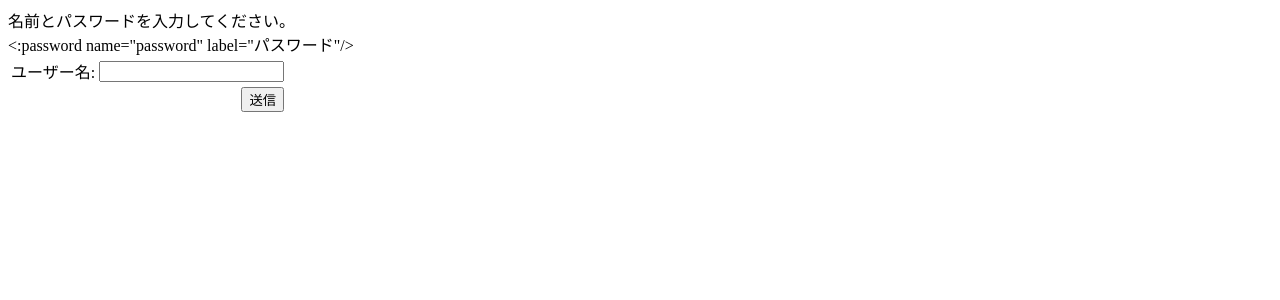
Repository: NoriakiYasumura/test01
Page: http://localhost/WebProj5/WelcomeAction.action
These files come from the project's save history. The page is drawn as it stood at one moment and after the next save; the edit follows.
The browser window is 1280 px wide. The pictures show the whole page.
The page is served by Tomcat 9.

Above is the page before, as saved 2019-04-02 07:33:09.

After the next save:
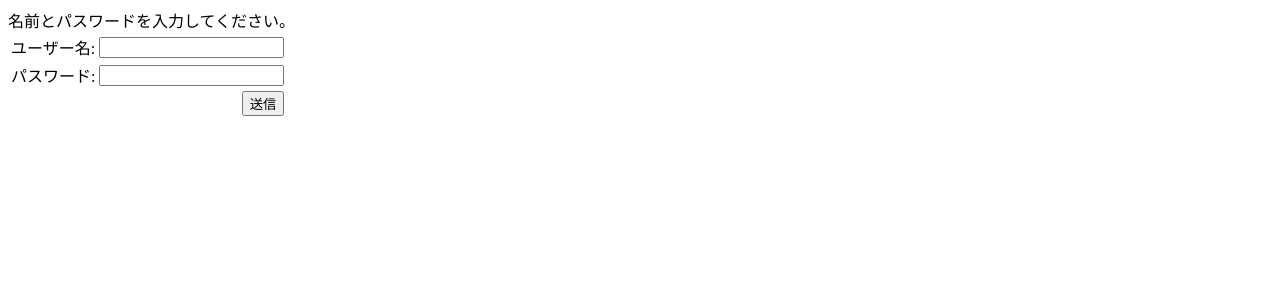
Saved 11 s later.
--- a/WebProj5/WebContent/welcome.jsp
+++ b/WebProj5/WebContent/welcome.jsp
@@ -11,7 +11,7 @@
 		名前とパスワードを入力してください。
 		<s:form action="LoginAction">
 			<s:textfield name="username" label="ユーザー名"/>
-			<:password name="password" label="パスワード"/>
+			<s:password name="password" label="パスワード"/>
 			<s:submit value="送信"/>
 		</s:form>
 	</body>
